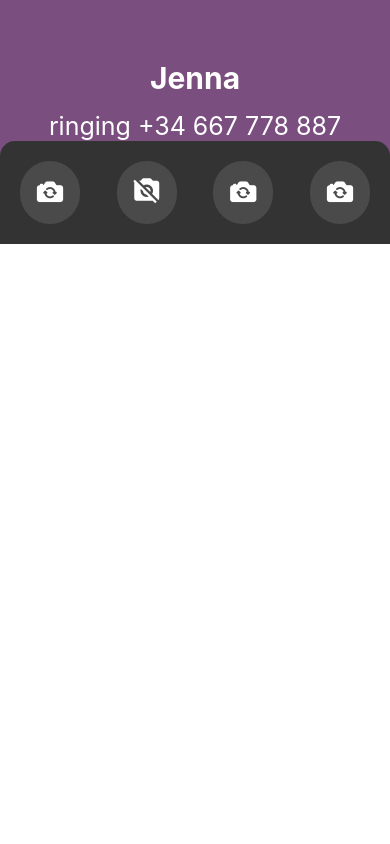
Repository: JennaFi/VideoCallApp
Screen: /
An editor plug-in stored every save of this project. The screen is shown before and after the next save, followed by the edit.
The app was drawn by React Native's web renderer in a window 390 px wide. The project was rebuilt for these pictures with package versions that can differ from the ones it lists, and the page was loaded fresh each time.

Above is the screen before, as saved 2022-01-12 00:19:23.

### App.js
/**
 * Sample React Native App
 * https://github.com/facebook/react-native
 *
 * @format
 * @flow strict-local
 */


import React from 'react';
import {
  SafeAreaView, StatusBar
} from 'react-native';
import CallingScreen from './src/screens/CallingScreen/index';




const App = () => {


  return (
    <SafeAreaView >
      <StatusBar barStyle={'dark-content'} />

      {/* <ContactsScreen /> */}
      <CallingScreen />

    </SafeAreaView>
  )
}



export default App

### src/screens/CallingScreen/index.js
import React from 'react'
import { StyleSheet, Text, View } from 'react-native'
import Ionicons from 'react-native-vector-icons/Ionicons'
import MaterialIcons from 'react-native-vector-icons/MaterialCommunityIcons'

const CallingScreen = () => {
  return (
    <View style={styles.page}>
      <View style={styles.cameraPreview}>
        <Text style={styles.name}>Jenna</Text>
        <Text style={styles.phoneNumber}>ringing +34 667 778 887</Text>
      </View>
      <View style={styles.buttonsContainer}>
        <View style={styles.iconButton}>
          <Ionicons name='ios-camera-reverse' size={30} color={'white'} />
        </View>

        <View style={styles.iconButton}>
          <MaterialIcons name='camera-off' size={30} color={'white'} />
        </View>

        <View style={styles.iconButton}>
          <Ionicons name='ios-camera-reverse' size={30} color={'white'} />
        </View>

        <View style={styles.iconButton}>
          <Ionicons name='ios-camera-reverse' size={30} color={'white'} />
        </View>

      </View>


    </View>)
}



const styles = StyleSheet.create({
  page: {
    height: '100%',
    backgroundColor: '#7b4e80',

  },
  cameraPreview: {

    flex: 1,
    alignItems: 'center',
    paddingTop: 10,
    paddingHorizontal: 10


  },
  name: {
    fontSize: 30,
    fontWeight: 'bold',
    color: 'white',
    marginTop: 50,
    marginBottom: 15


  },
  phoneNumber: {
    fontSize: 25,
    color: 'white'

  },
  buttonsContainer: {
    flexDirection: 'row',
    backgroundColor: '#333333',
    padding: 20,
    borderTopLeftRadius: 15,
    borderTopRightRadius: 15,
    justifyContent: 'space-between'


  },
  iconButton: {
    backgroundColor: '#4a4a4a',
    padding: 15,
    borderRadius: 50
  }
})

export default CallingScreen

After the next save:
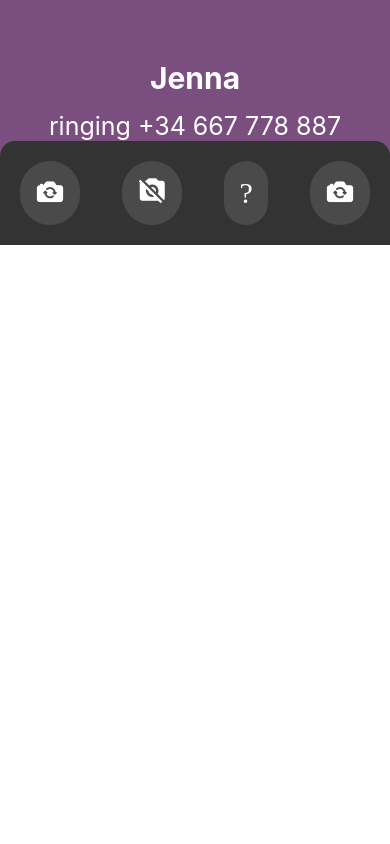
Saved 62 s later.
--- a/src/screens/CallingScreen/index.js
+++ b/src/screens/CallingScreen/index.js
@@ -20,7 +20,7 @@ const CallingScreen = () => {
         </View>
 
         <View style={styles.iconButton}>
-          <Ionicons name='ios-camera-reverse' size={30} color={'white'} />
+          <MaterialIcons name='microfone-off' size={30} color={'white'} />
         </View>
 
         <View style={styles.iconButton}>
